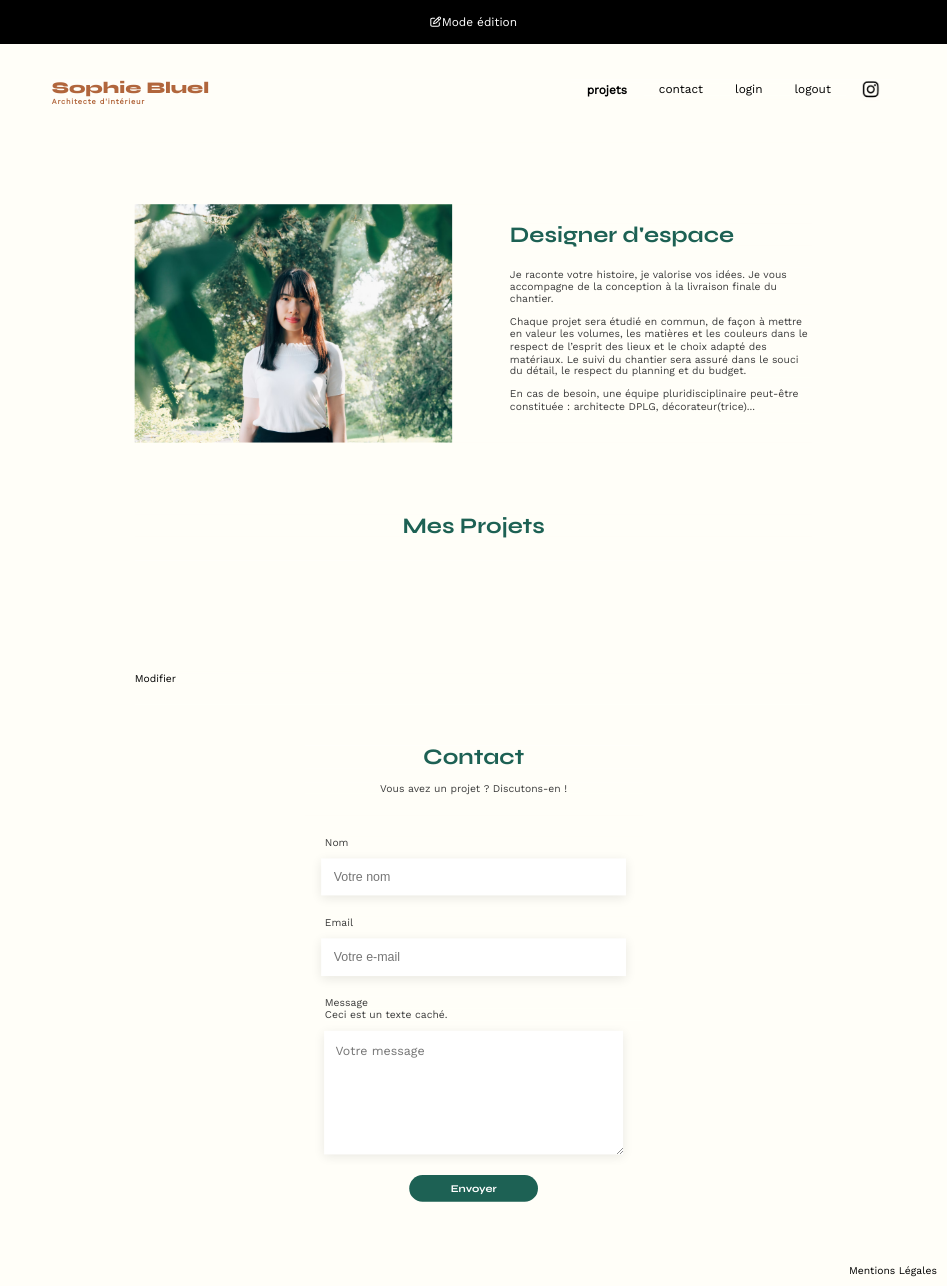
Repository: BlueSoley23/openclassrooms
Page: FrontEnd/index.html
These files come from the project's save history. The page is drawn as it stood at one moment and after the next save; the edit follows.
The browser window is 1280 px wide. The pictures show the whole page, at 74% of full size.
The page's requests for data from a server got no answer.

Above is the page before, as saved 2023-12-19 03:29:14.
Console error: TypeError: categories is not iterable

After the next save:
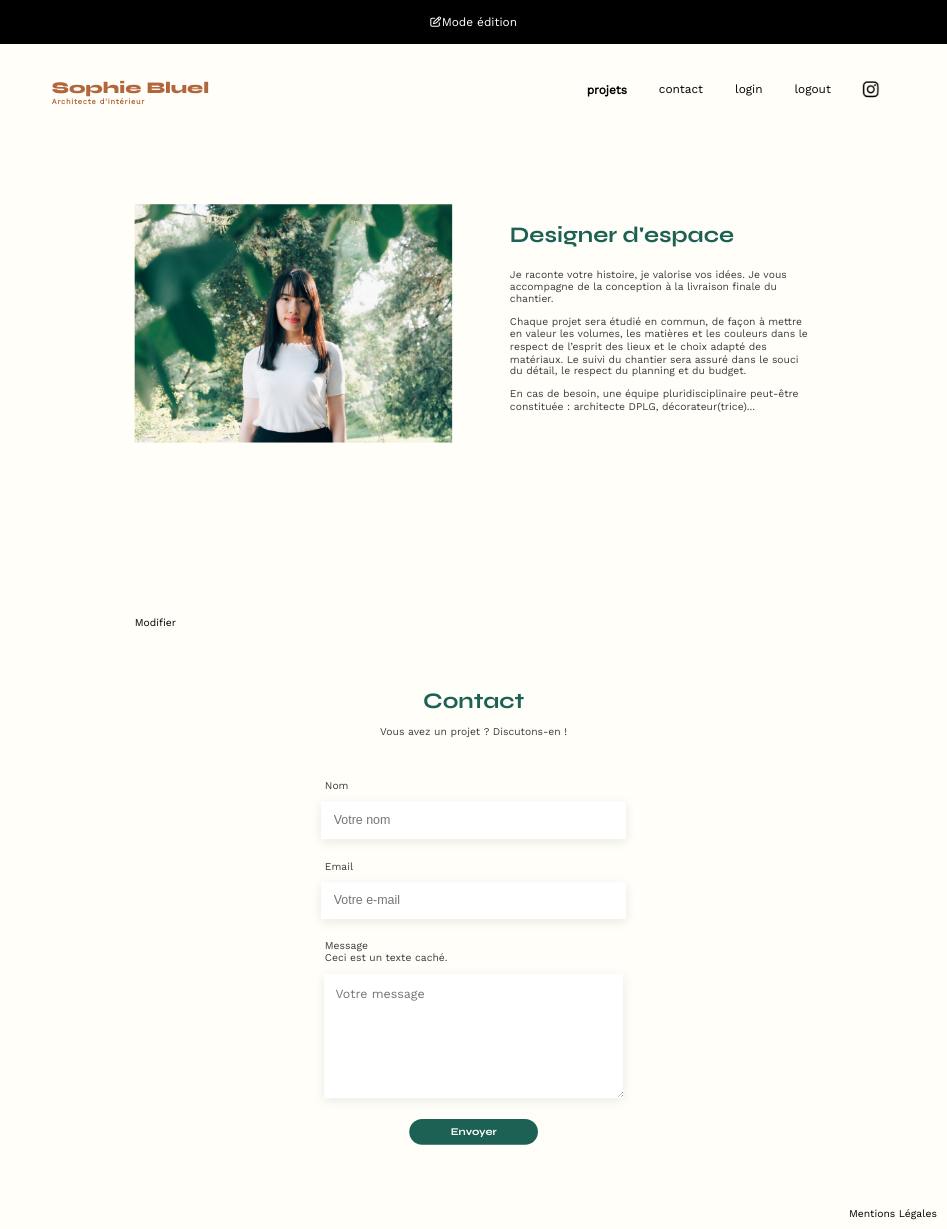
Saved 72 s later.
--- a/FrontEnd/index.html
+++ b/FrontEnd/index.html
@@ -149,7 +149,7 @@
 
 			<!-- Titre de la section -->
 			<!-- Element : title -->
-			<h2 class="portfolio__title" class="none">Mes Projets</h2>
+			<h2 class="portfolio__title" style="display: none;">Mes Projets</h2>
 
 			<a href= # class="modifier-link__url">
 				<div class="modifier-link__content">

After the save that followed:
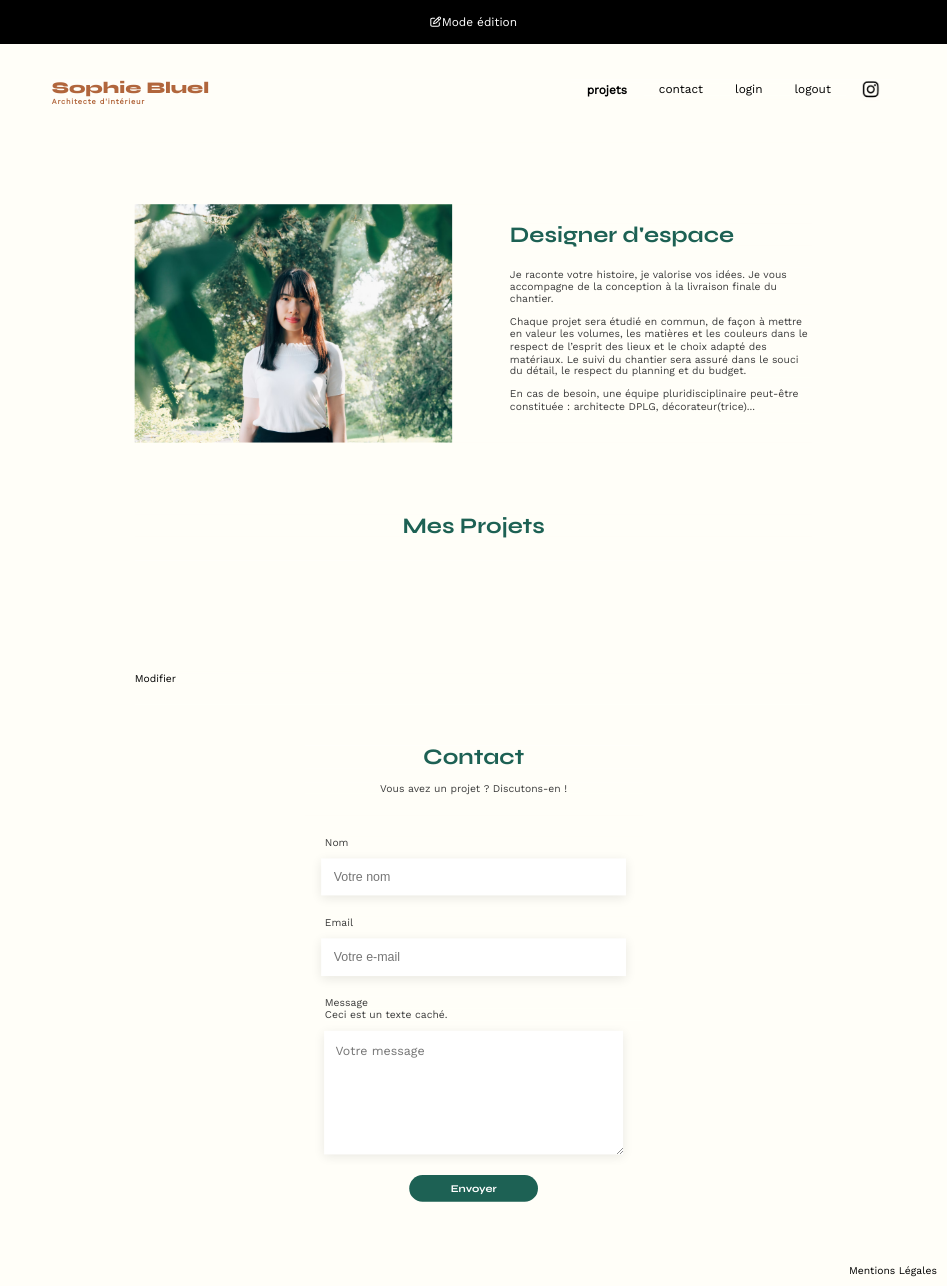
Saved 3 min 44 s later.
--- a/FrontEnd/index.html
+++ b/FrontEnd/index.html
@@ -149,7 +149,7 @@
 
 			<!-- Titre de la section -->
 			<!-- Element : title -->
-			<h2 class="portfolio__title" style="display: none;">Mes Projets</h2>
+			<h2 class="portfolio__title" class="none">Mes Projets</h2>
 
 			<a href= # class="modifier-link__url">
 				<div class="modifier-link__content">
